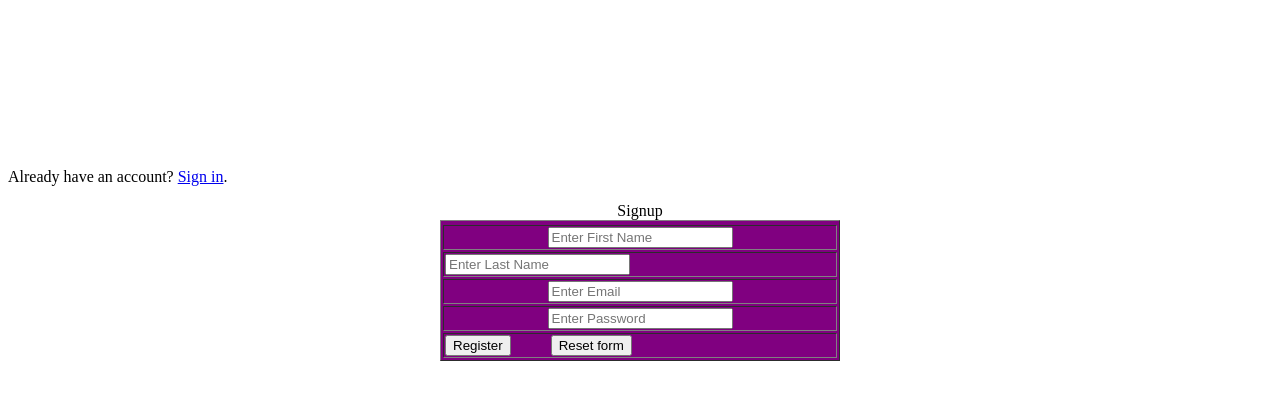
Repository: 1919satya/Mode2
Page: sample/sample/WebContent/sample.html
The author's editor kept a copy of each file at every save. The page is drawn from the files as they stood at one save, then again after the next save.
The browser window is 1280 px wide. The pictures show the whole page.

Above is the page before, as saved 2019-10-10 13:03:50.

After the next save:
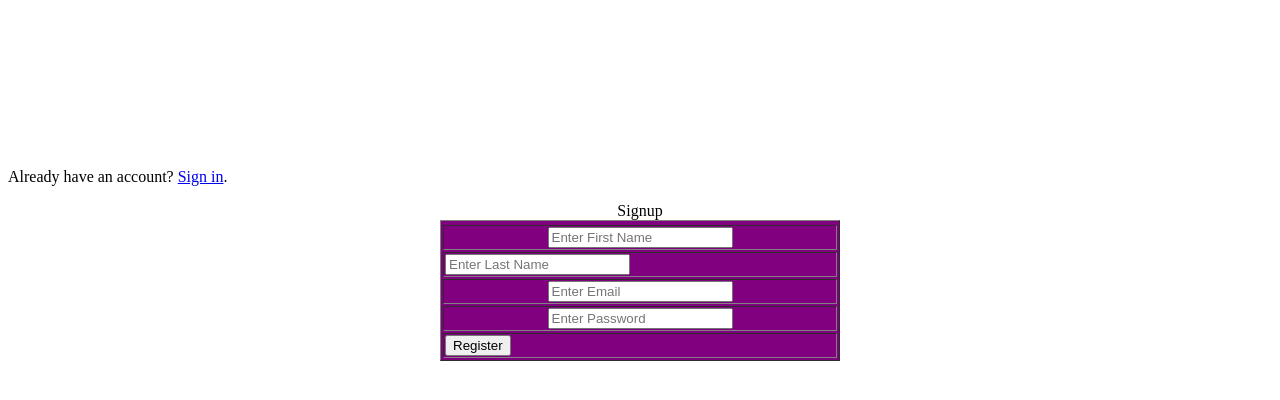
Saved 34 s later.
--- a/sample/sample/WebContent/sample.html
+++ b/sample/sample/WebContent/sample.html
@@ -35,8 +35,6 @@
    <tr>
    <center>
     <td><button type="submit" class="registerbtn">Register</button>
-    &nbsp;&nbsp;&nbsp;&nbsp;&nbsp;&nbsp;&nbsp;&nbsp;
-    <button type="reset" >Reset form</button></td>
     </center>
     </tr>
 
